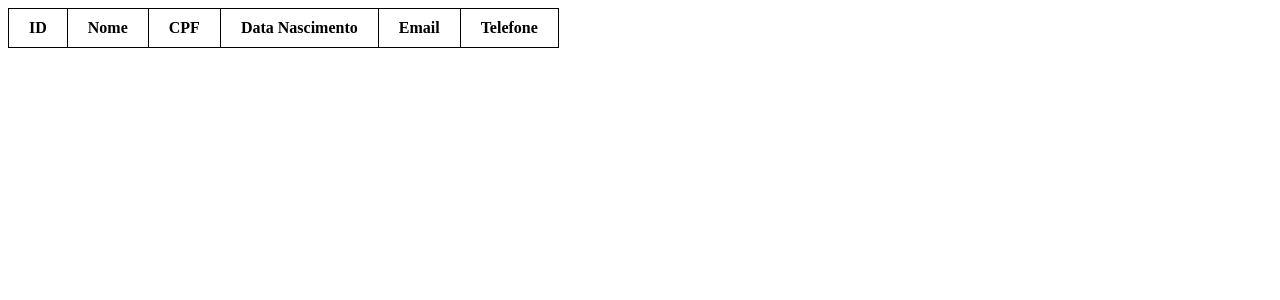
Repository: ujota/crud-cliente
Page: api-clientes/front/html/cliente.html
These files come from the project's save history. The page is drawn as it stood at one moment and after the next save; the edit follows.
The browser window is 1280 px wide. The pictures show the whole page.
The page's requests for data from a server got no answer.

Above is the page before, as saved 2022-10-03 04:12:31.

### api-clientes/front/html/cliente.html
<!DOCTYPE html>
<html lang="en">
<head>
    <meta charset="UTF-8">
    <meta http-equiv="X-UA-Compatible" content="IE=edge">
    <meta name="viewport" content="width=device-width, initial-scale=1.0">
    <title>Cliente</title>
    <link rel="stylesheet" href="../css/cliente.css">
</head>
<body>
    <form action="#">
        <div id="body"></div>
    </form>
</body>
    <script src="../scripts/cliente.js"></script>
</html>

### api-clientes/front/css/cliente.css
table{

    border-collapse: collapse;
    border-spacing: 0;
}
th, td{
	border:1px solid black;
    padding: 10px 20px;
}

### api-clientes/front/scripts/cliente.js
let table = document.createElement('table');


document.getElementById('body').appendChild(table);

let row_1 = document.createElement('tr');

let heading_1 = document.createElement('th');
heading_1.innerHTML = "ID";
let heading_2 = document.createElement('th');
heading_2.innerHTML = "Nome";
let heading_3 = document.createElement('th');
heading_3.innerHTML = "CPF";
let heading_4 = document.createElement('th');
heading_4.innerHTML = "Data Nascimento";
let heading_5 = document.createElement('th');
heading_5.innerHTML = "Email";
let heading_6 = document.createElement('th');
heading_6.innerHTML = "Telefone";

row_1.appendChild(heading_1);
row_1.appendChild(heading_2);
row_1.appendChild(heading_3);
row_1.appendChild(heading_4);
row_1.appendChild(heading_5);
row_1.appendChild(heading_6);
table.appendChild(row_1);

// let row_2 = document.createElement('tr');
// let row_2_data_1 = document.createElement('td');
// row_2_data_1.innerHTML = "1.";
// let row_2_data_2 = document.createElement('td');
// row_2_data_2.innerHTML = "João Pedro";
// let row_2_data_3 = document.createElement('td');
// row_2_data_3.innerHTML = "1997-01-31";
// let row_2_data_4 = document.createElement('td');
// row_2_data_4.innerHTML = "43495488820";
// let row_2_data_5 = document.createElement('td');
// row_2_data_5.innerHTML = "joao.silveerio@gmail.com";
// let row_2_data_6 = document.createElement('td');
// row_2_data_6.innerHTML = "11972247142";

// row_2.appendChild(row_2_data_1);
// row_2.appendChild(row_2_data_2);
// row_2.appendChild(row_2_data_3);
// row_2.appendChild(row_2_data_4);
// row_2.appendChild(row_2_data_5);
// row_2.appendChild(row_2_data_6);
// table.appendChild(row_2);






var my_headers = new Headers();
my_headers.append("Content-type", "application/json");


var requestOptions = {
	method: 'GET',
	headers: my_headers,
	redirect : 'follow'

};

fetch("http://localhost:8080/cliente",
requestOptions).then(reponse =>
    reponse.json())
	.then(result => {
        result.forEach((item, index, array)=>{
			let row_2 = document.createElement('tr');
			let row_2_data_1 = document.createElement('td');
			row_2_data_1.innerHTML = item["id"];
			let row_2_data_2 = document.createElement('td');
			row_2_data_2.innerHTML = item["nome"];
			let row_2_data_3 = document.createElement('td');
			row_2_data_3.innerHTML = item["cpf"];
			let row_2_data_4 = document.createElement('td');
			row_2_data_4.innerHTML = item["dataNascimento"];
			let row_2_data_5 = document.createElement('td');
			row_2_data_5.innerHTML = item["email"];
			let row_2_data_6 = document.createElement('td');
			row_2_data_6.innerHTML = item["telefone"];

			row_2.appendChild(row_2_data_1);
			row_2.appendChild(row_2_data_2);
			row_2.appendChild(row_2_data_3);
			row_2.appendChild(row_2_data_4);
			row_2.appendChild(row_2_data_5);
			row_2.appendChild(row_2_data_6);
			table.appendChild(row_2);

          })
		})
		.catch(error => alert(error))

After the next save:
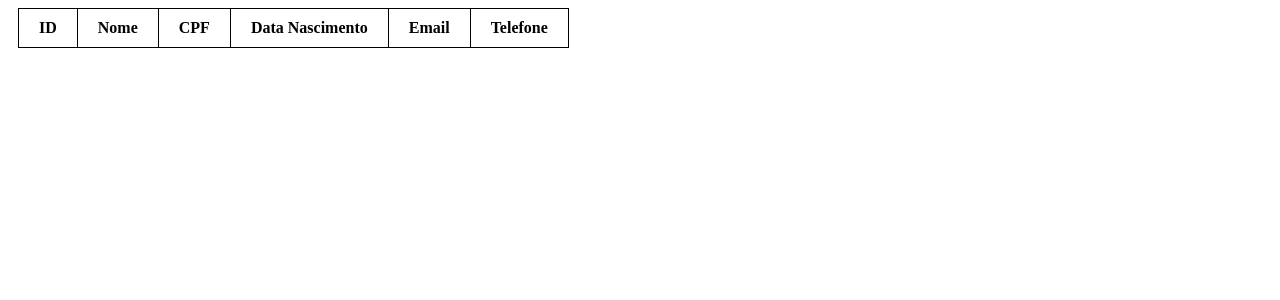
Saved 34 s later.
--- a/api-clientes/front/css/cliente.css
+++ b/api-clientes/front/css/cliente.css
@@ -1,5 +1,5 @@
 table{
-
+	margin-left: 10px;
     border-collapse: collapse;
     border-spacing: 0;
 }
